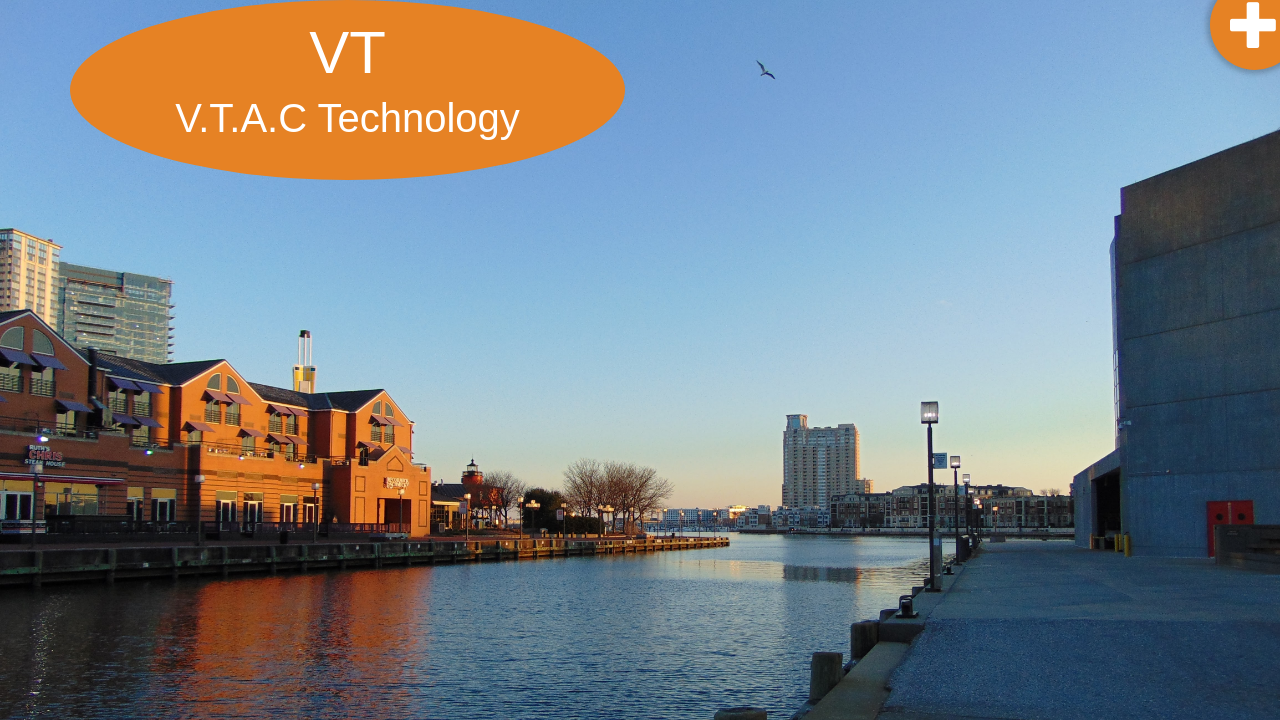
Repository: danidark9312/vtac
Page: http://localhost/vtacTechnology/
The author's editor kept a copy of each file at every save. The page is drawn from the files as they stood at one save, then again after the next save.
The browser window is 1280 px wide. The pictures show the whole page.
The page is served by Tomcat 9.

Above is the page before, as saved 2017-01-30 18:03:09.
Console error (its wording comes from the project's code and is left out).

After the next save:
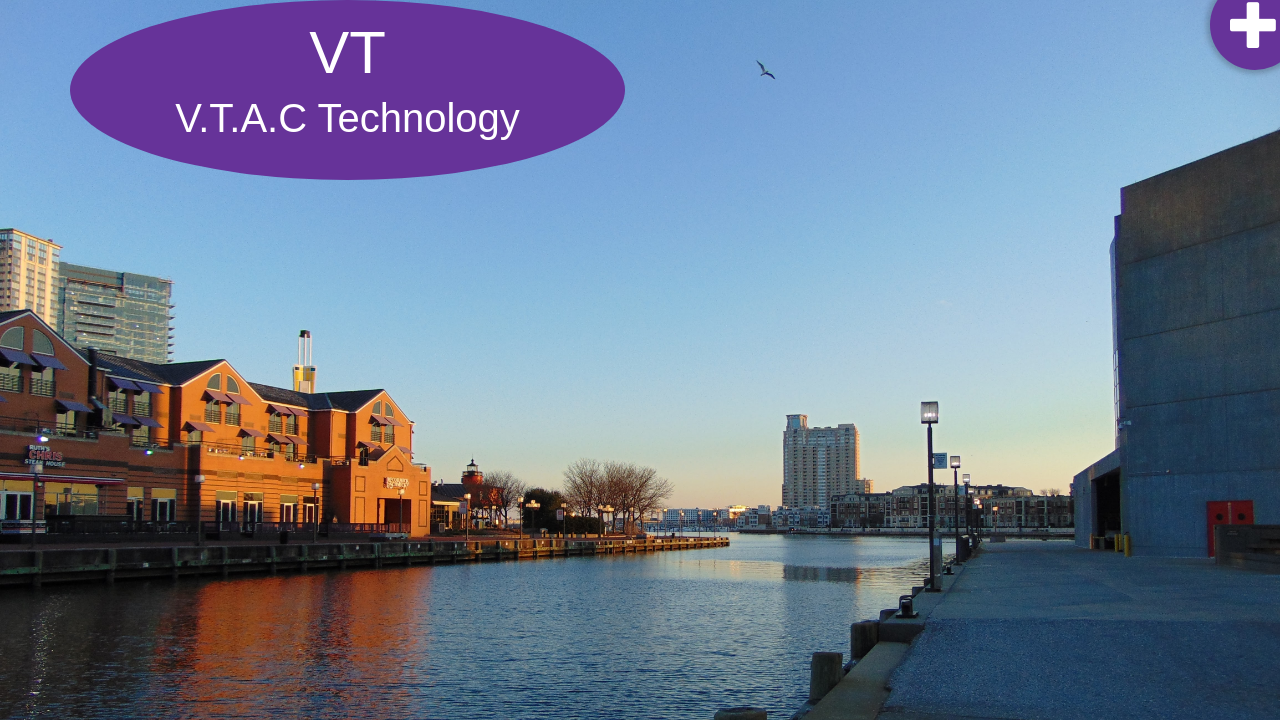
Saved 46 s later.
--- a/vtacTechnology/WebContent/css/common.css
+++ b/vtacTechnology/WebContent/css/common.css
@@ -3,7 +3,7 @@
 
 
 :root {
-  --main-color: #e68224;
+  --main-color: #663399;
   --main-color-highlighted: #e8a05d;
 }
 
